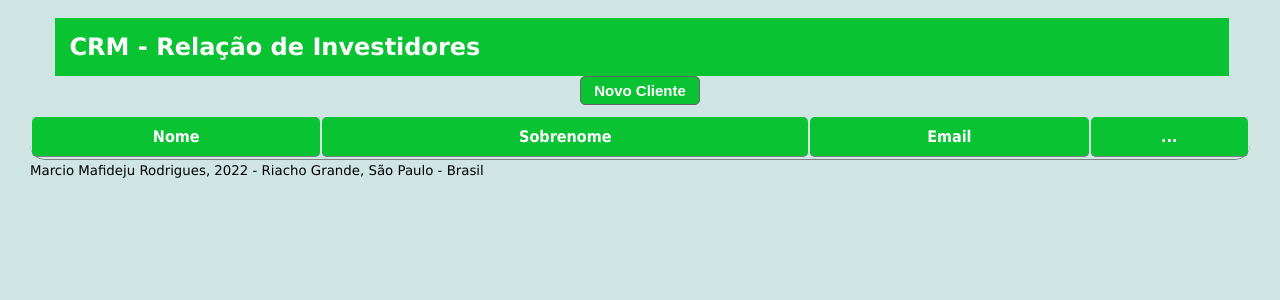
Repository: mafideju/CustomerTracker
Page: http://localhost/web-customer-tracker/WEB-INF/view/list-customers.jsp
The author's editor kept a copy of each file at every save. The page is drawn from the files as they stood at one save, then again after the next save.
The browser window is 1280 px wide. The pictures show the whole page.
The page is served by Tomcat 9. Nobody is signed in. The template is opened directly, without the code that normally fills it, so the values that code supplies are empty.

Above is the page before, as saved 2022-01-27 16:10:32.

After the next save:
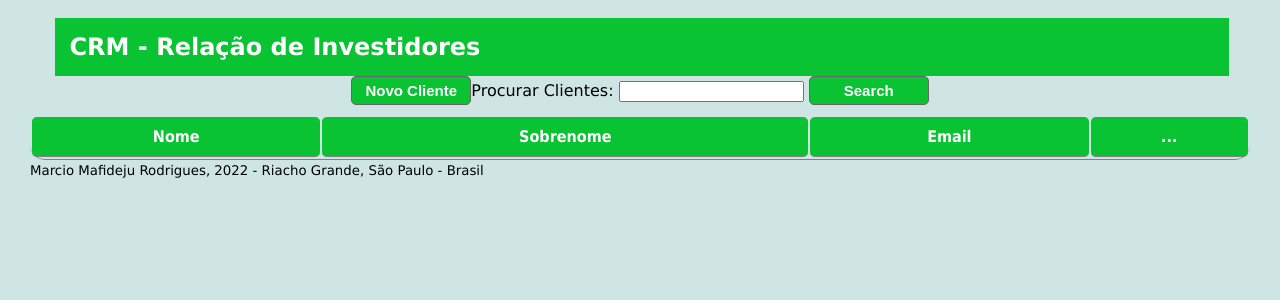
Saved 5 min 15 s later.
--- a/web-customer-tracker/WebContent/WEB-INF/view/list-customers.jsp
+++ b/web-customer-tracker/WebContent/WEB-INF/view/list-customers.jsp
@@ -22,6 +22,11 @@
 					value="Novo Cliente"
 					onclick="window.location.href='showAddForm'; return false;"
 					class="add-button" />
+
+	            <form:form action="search" method="GET">
+                	<label>Procurar Clientes: <input type="text" name="theSearchName" /></label>
+                	<input type="submit" value="Search" class="add-button" />
+            </form:form>
 			</div>
 
 			<div id="container">
